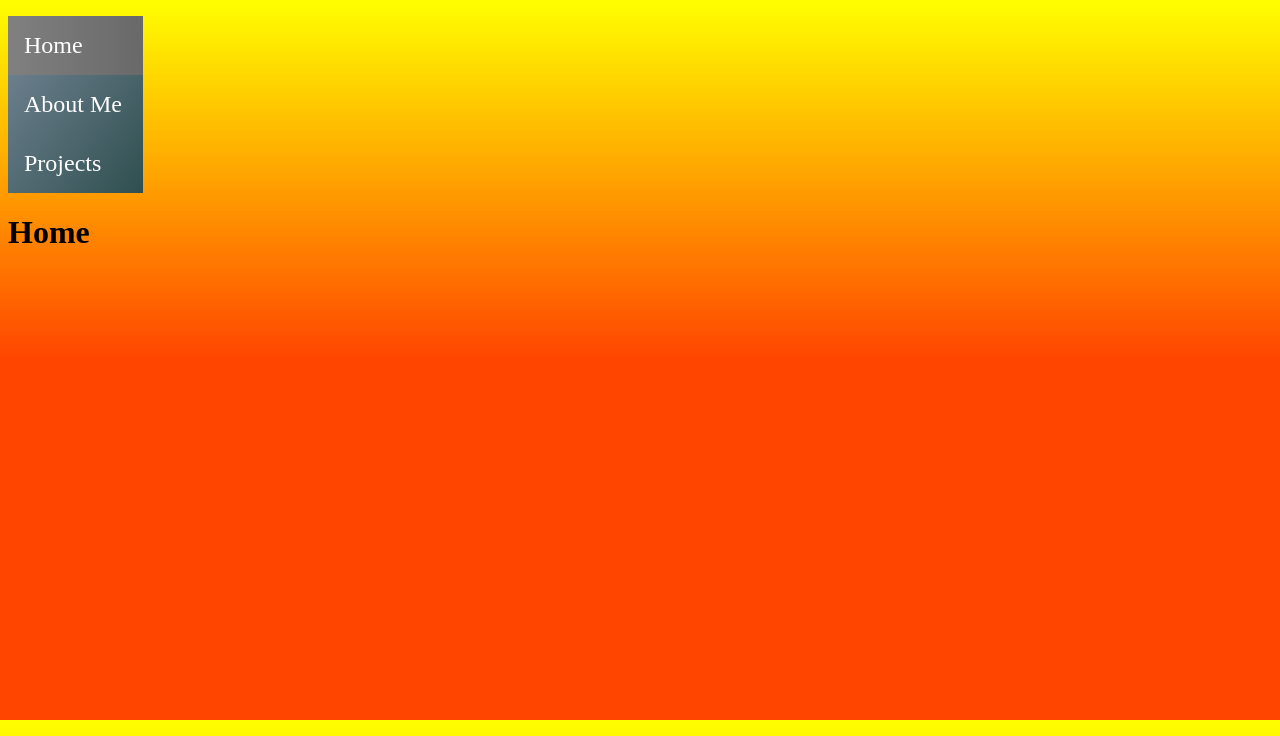
Repository: brody-toth/brody-toth.github.io
Page: home.html
The author's editor kept a record of every edit. The page is drawn from the files as they stood at one moment, then again after the next edit.
The browser window is 1280 px wide. The pictures show the whole page.

Above is the page before.

After the next edit:
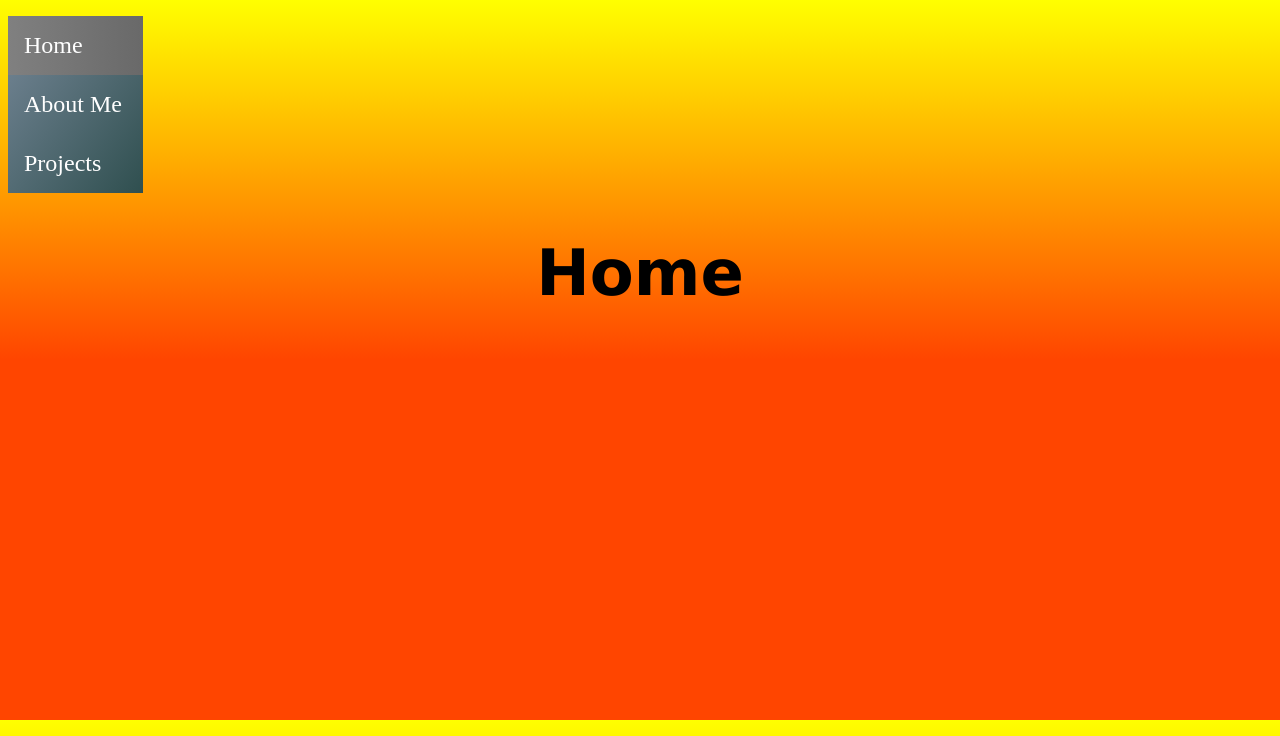
The edit:
--- a/home.html
+++ b/home.html
@@ -20,7 +20,7 @@
       </li>
     </ul>
 
-    <h1>Home</h1>
+    <h1 class="header">Home</h1>
 
   </body>
 
